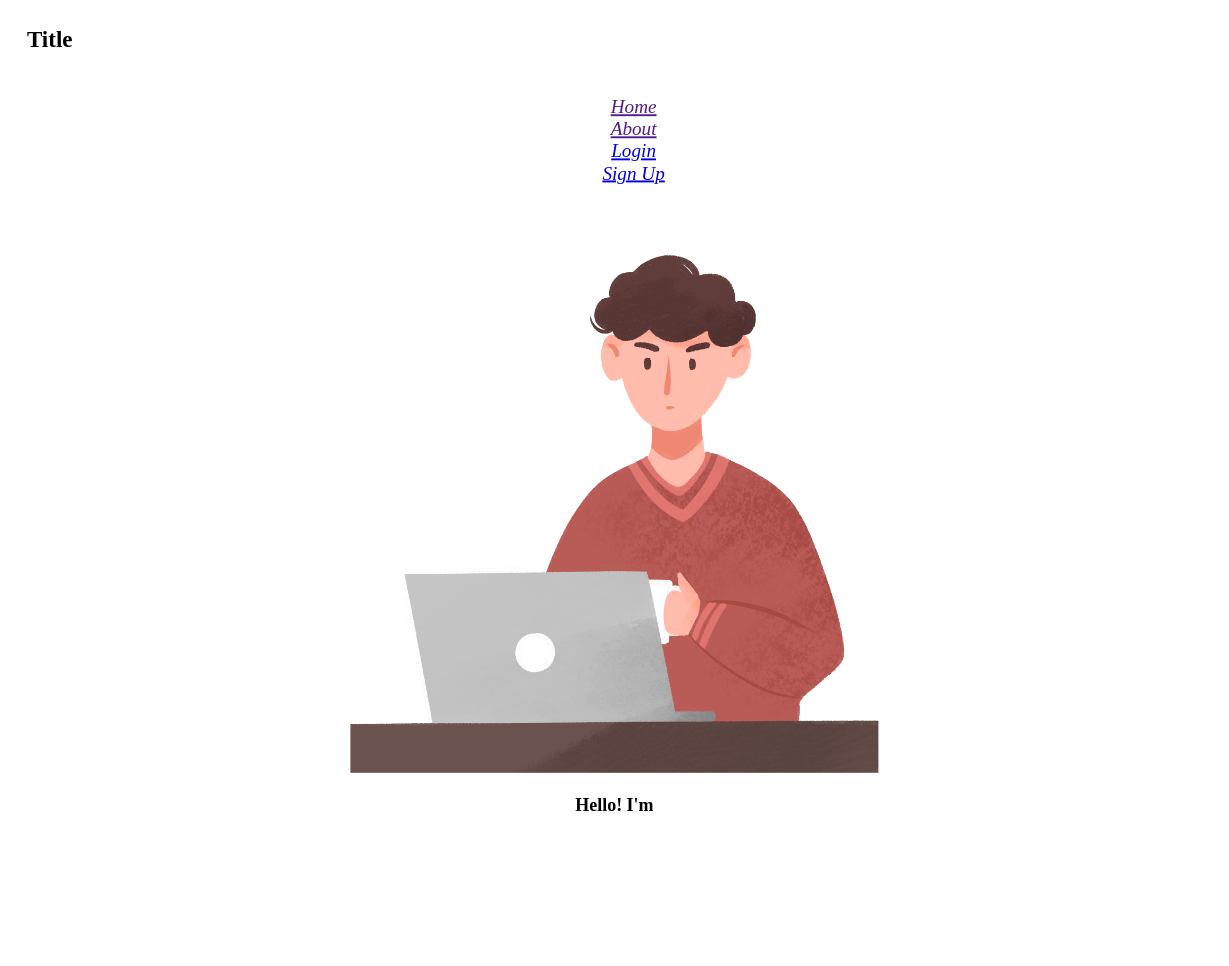
Repository: beruzz/ezen
Page: http://localhost/introduce/index.jsp
The author's editor kept a copy of each file at every save. The page is drawn from the files as they stood at one save, then again after the next save.
The browser window is 1280 px wide. The pictures show the whole page, at 96% of full size.
The page is served by Tomcat 9. Other server files are loaded and not shown.

Above is the page before, as saved 2022-12-12 11:28:18.

### JSP_Board&Member/introduce/src/main/webapp/index.jsp
<%@ page language="java" contentType="text/html; charset=UTF-8"
    pageEncoding="UTF-8"%>
<%@ taglib uri = "http://java.sun.com/jsp/jstl/core" prefix="c" %>
<!DOCTYPE html>
<html>
<head>
<meta charset="UTF-8">
<title>Insert title here</title>
<style>
	header {
  		display: flex;
  		justify-content: space-between;
  		align-items: center;
  		list-style: none;
	}
	header > h2 {
		margin-left:20px;
	}
	.one {
    	background-size: cover;
    	text-align: center;
    	padding-top: 180px;
    	padding-bottom: 130px;
	}
	ul {
		list-style: none;
	}
	.menu{
		font-size: 20px;
    	font-style: italic;
    	align-items: center;
    	text-align: center;
    	padding-top: 80px;
   	    position: fixed;
    	top: 0;
    	left: 0;
    	right: 0;
    	height: 80px;
	}
	nav {
    	display: block;
	}
</style>
</head>
<body>
	<header id="header">
	<h2>Title</h2>
		<nav class="menu">
			<ul>
				<li><a href="">Home</a></li>
				<li><a href="">About</a></li>
				<li><a href="/mc/login">Login</a></li>
				<li><a href="/mc/join">Sign Up</a></li>
			</ul>
		</nav>
	</header>
		<div class="one">
        	<span class="profile"><img src="./images/me.png" width="550px;" height="550px" alt=""></span>
        	<h3><strong>Hello! I'm </strong><br></h3>
      	</div>
</body>
</html>

After the next save:
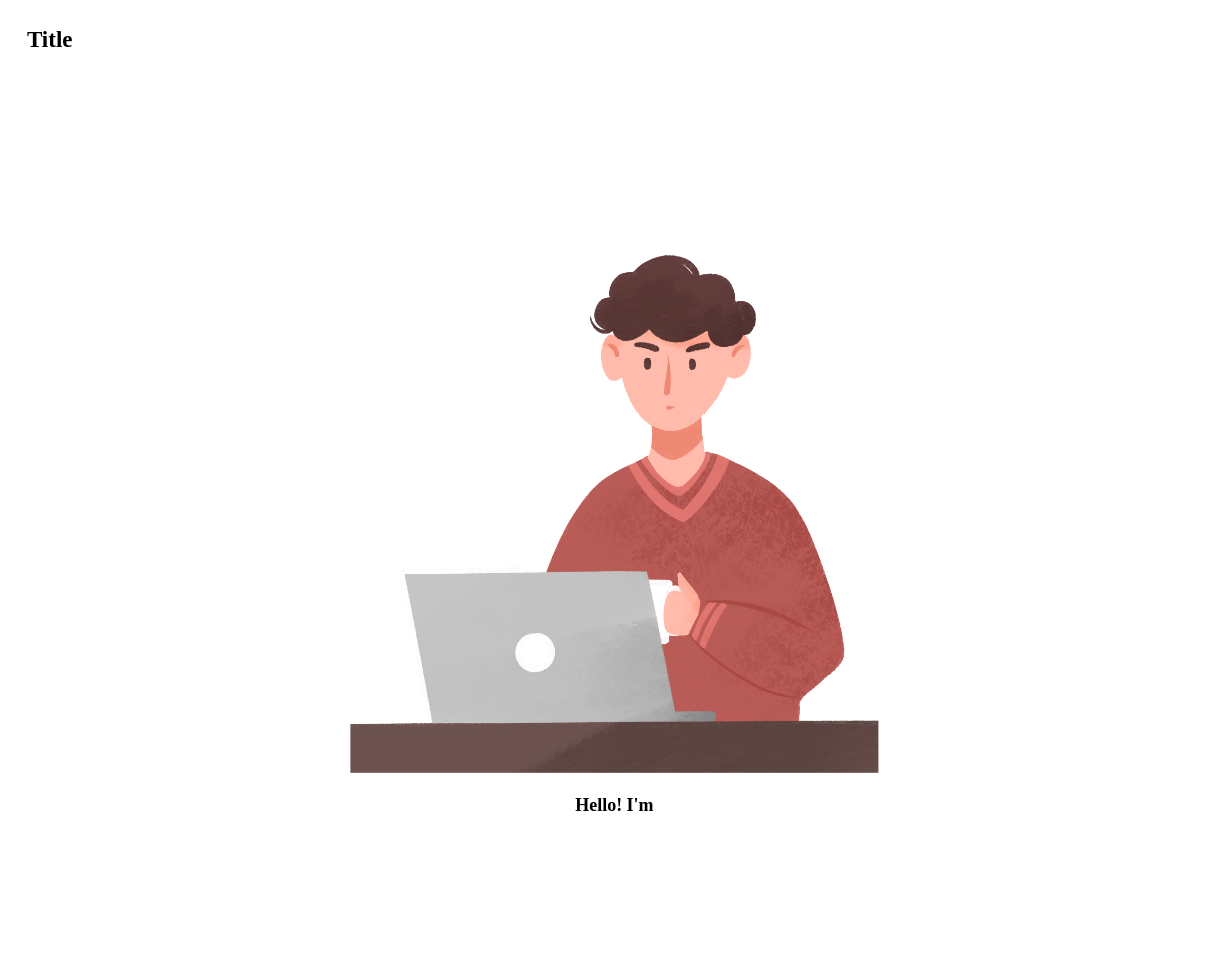
Saved 104 s later.
--- a/JSP_Board&Member/introduce/src/main/webapp/index.jsp
+++ b/JSP_Board&Member/introduce/src/main/webapp/index.jsp
@@ -1,50 +1,72 @@
 <%@ page language="java" contentType="text/html; charset=UTF-8"
-    pageEncoding="UTF-8"%>
-<%@ taglib uri = "http://java.sun.com/jsp/jstl/core" prefix="c" %>
+	pageEncoding="UTF-8"%>
+<%@ taglib uri="http://java.sun.com/jsp/jstl/core" prefix="c"%>
 <!DOCTYPE html>
 <html>
 <head>
 <meta charset="UTF-8">
 <title>Insert title here</title>
 <style>
-	header {
-  		display: flex;
-  		justify-content: space-between;
-  		align-items: center;
-  		list-style: none;
-	}
-	header > h2 {
-		margin-left:20px;
-	}
-	.one {
-    	background-size: cover;
-    	text-align: center;
-    	padding-top: 180px;
-    	padding-bottom: 130px;
-	}
-	ul {
-		list-style: none;
-	}
-	.menu{
-		font-size: 20px;
-    	font-style: italic;
-    	align-items: center;
-    	text-align: center;
-    	padding-top: 80px;
-   	    position: fixed;
-    	top: 0;
-    	left: 0;
-    	right: 0;
-    	height: 80px;
-	}
-	nav {
-    	display: block;
-	}
+header {
+	display: flex;
+	justify-content: space-between;
+	align-items: center;
+	list-style: none;
+}
+
+header>h2 {
+	margin-left: 20px;
+}
+
+.one {
+	background-size: cover;
+	text-align: center;
+	padding-top: 180px;
+	padding-bottom: 130px;
+}
+
+ul {
+	list-style: none;
+}
+
+.menu {
+	font-size: 20px;
+	font-style: italic;
+	align-items: center;
+	text-align: center;
+	padding-top: 80px;
+	position: fixed;
+	top: 0;
+	left: 0;
+	right: 0;
+	height: 80px;
+}
+
+.menu * {
+	display: inline;
+}
+
+.menu li {
+	margin: 35px;
+}
+
+.menu li a {
+	color: rgb(255, 255, 255);
+	text-decoration: none;
+}
+
+.menu ul {
+	padding-left: 0px;
+}
+
+nav {
+	display: block;
+}
 </style>
 </head>
 <body>
 	<header id="header">
-	<h2>Title</h2>
+		<h2>Title</h2>
 		<nav class="menu">
 			<ul>
 				<li><a href="">Home</a></li>
@@ -54,9 +76,12 @@
 			</ul>
 		</nav>
 	</header>
-		<div class="one">
-        	<span class="profile"><img src="./images/me.png" width="550px;" height="550px" alt=""></span>
-        	<h3><strong>Hello! I'm </strong><br></h3>
-      	</div>
+	<div class="one">
+		<span class="profile"><img src="./images/me.png" width="550px;"
+			height="550px" alt=""></span>
+		<h3>
+			<strong>Hello! I'm </strong><br>
+		</h3>
+	</div>
 </body>
 </html>

After the save that followed:
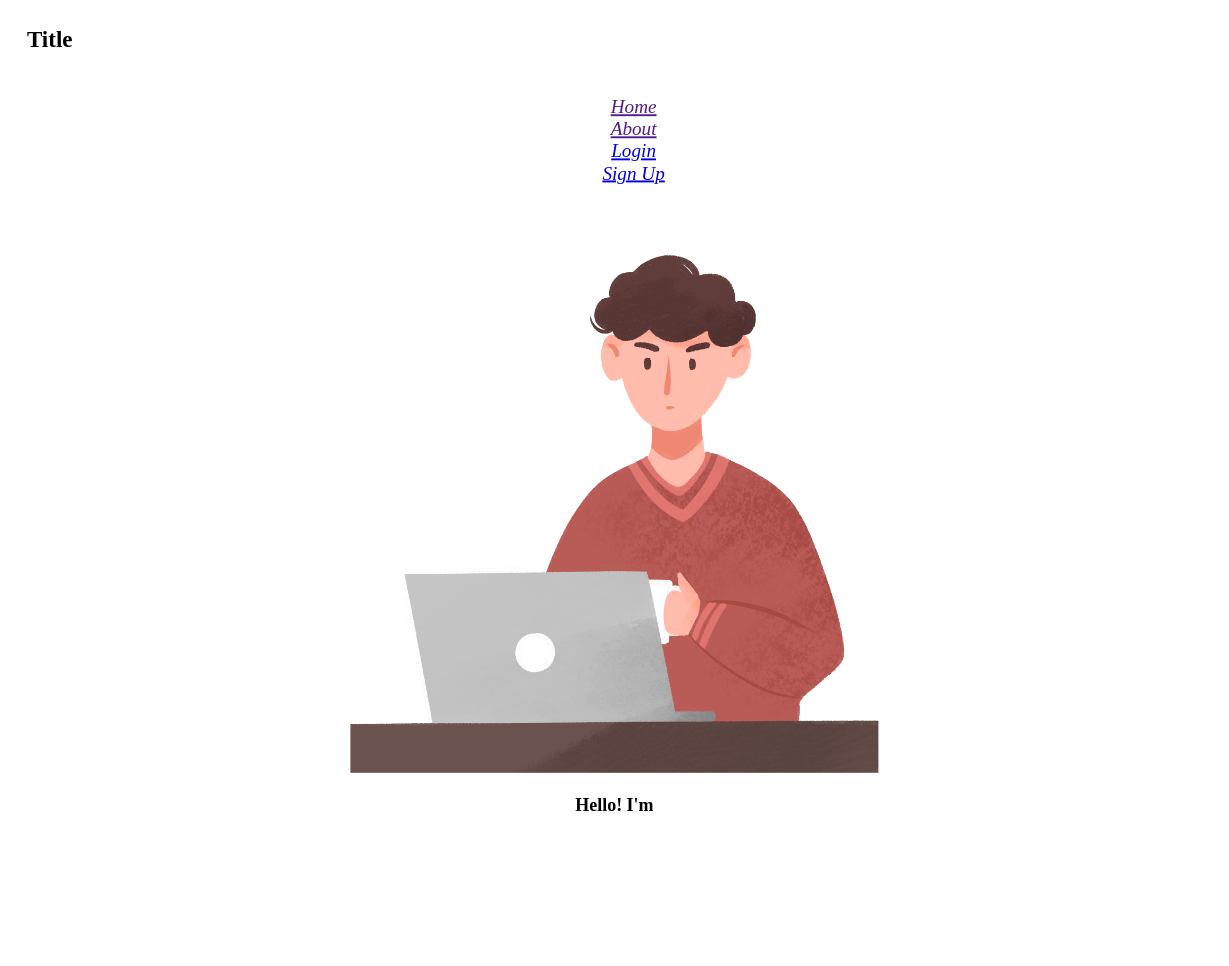
Saved 30 s later.
--- a/JSP_Board&Member/introduce/src/main/webapp/index.jsp
+++ b/JSP_Board&Member/introduce/src/main/webapp/index.jsp
@@ -1,72 +1,53 @@
 <%@ page language="java" contentType="text/html; charset=UTF-8"
-	pageEncoding="UTF-8"%>
-<%@ taglib uri="http://java.sun.com/jsp/jstl/core" prefix="c"%>
+    pageEncoding="UTF-8"%>
+<%@ taglib uri = "http://java.sun.com/jsp/jstl/core" prefix="c" %>
 <!DOCTYPE html>
 <html>
 <head>
 <meta charset="UTF-8">
 <title>Insert title here</title>
 <style>
-header {
-	display: flex;
-	justify-content: space-between;
-	align-items: center;
-	list-style: none;
-}
+	header {
+  		display: flex;
+  		justify-content: space-between;
+  		align-items: center;
+  		list-style: none;
+	}
+	header > h2 {
+		margin-left:20px;
+	}
+	.one {
+    	background-size: cover;
+    	text-align: center;
+    	padding-top: 180px;
+    	padding-bottom: 130px;
+	}
+	ul {
+		list-style: none;
+	}
+	.menu{
+		font-size: 20px;
+    	font-style: italic;
+    	align-items: center;
+    	text-align: center;
+    	padding-top: 80px;
+   	    position: fixed;
+    	top: 0;
+    	left: 0;
+    	right: 0;
+    	height: 80px;
+    	display: inline;
+	}
 
-header>h2 {
-	margin-left: 20px;
-}
+	nav {
+    	display: block;
+	}
 
-.one {
-	background-size: cover;
-	text-align: center;
-	padding-top: 180px;
-	padding-bottom: 130px;
-}
-
-ul {
-	list-style: none;
-}
-
-.menu {
-	font-size: 20px;
-	font-style: italic;
-	align-items: center;
-	text-align: center;
-	padding-top: 80px;
-	position: fixed;
-	top: 0;
-	left: 0;
-	right: 0;
-	height: 80px;
-}
-
-.menu * {
-	display: inline;
-}
-
-.menu li {
-	margin: 35px;
-}
-
-.menu li a {
-	color: rgb(255, 255, 255);
-	text-decoration: none;
-}
-
-.menu ul {
-	padding-left: 0px;
-}
-
-nav {
-	display: block;
-}
 </style>
 </head>
 <body>
 	<header id="header">
-		<h2>Title</h2>
+	<h2>Title</h2>
 		<nav class="menu">
 			<ul>
 				<li><a href="">Home</a></li>
@@ -76,12 +57,9 @@
 			</ul>
 		</nav>
 	</header>
-	<div class="one">
-		<span class="profile"><img src="./images/me.png" width="550px;"
-			height="550px" alt=""></span>
-		<h3>
-			<strong>Hello! I'm </strong><br>
-		</h3>
-	</div>
+		<div class="one">
+        	<span class="profile"><img src="./images/me.png" width="550px;" height="550px" alt=""></span>
+        	<h3><strong>Hello! I'm </strong><br></h3>
+      	</div>
 </body>
 </html>
